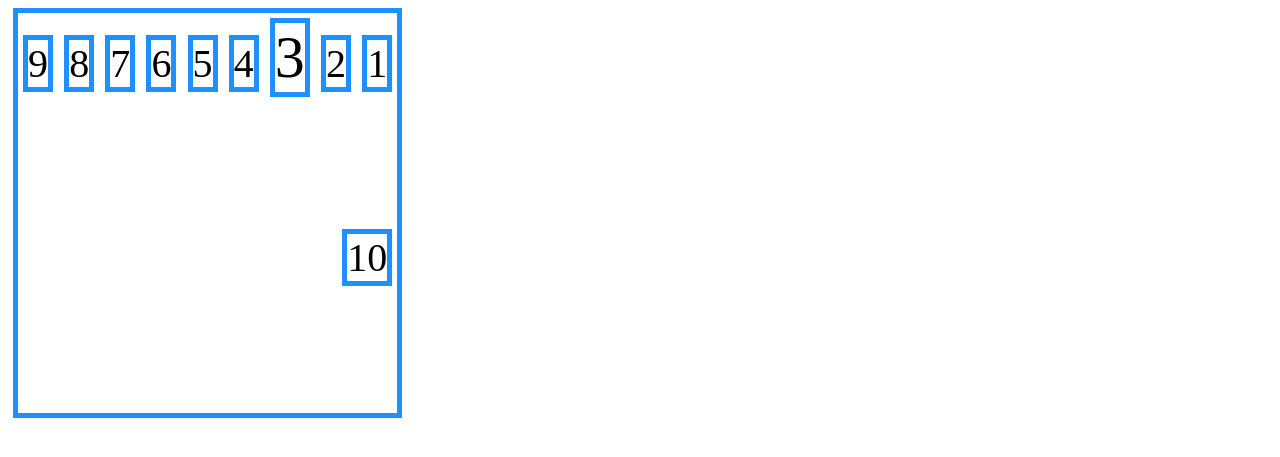
Repository: eversonps/flexbox-grid-css
Page: flexbox/flexbox1.html
An editor plug-in stored every save of this project. The page is shown before and after the next save, followed by the edit.
The browser window is 1280 px wide. The pictures show the whole page.

Above is the page before, as saved 2022-03-23 15:27:34.

After the next save:
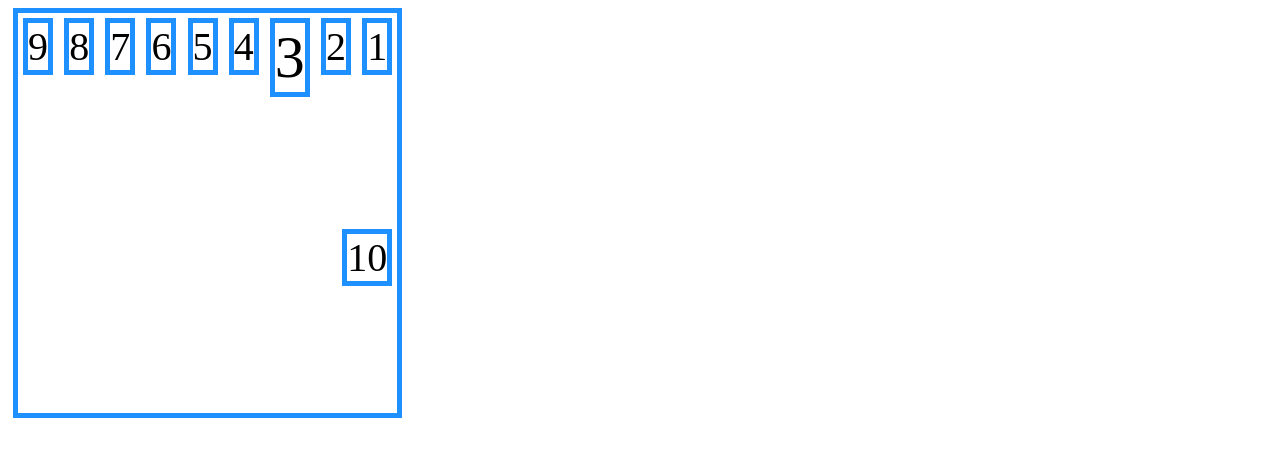
Saved 69 s later.
--- a/flexbox/flexbox1.html
+++ b/flexbox/flexbox1.html
@@ -39,6 +39,7 @@
             height: 400px;
             align-items: stretch;
             align-items: baseline;
+            align-items: flex-start;
         }
 
     </style>
